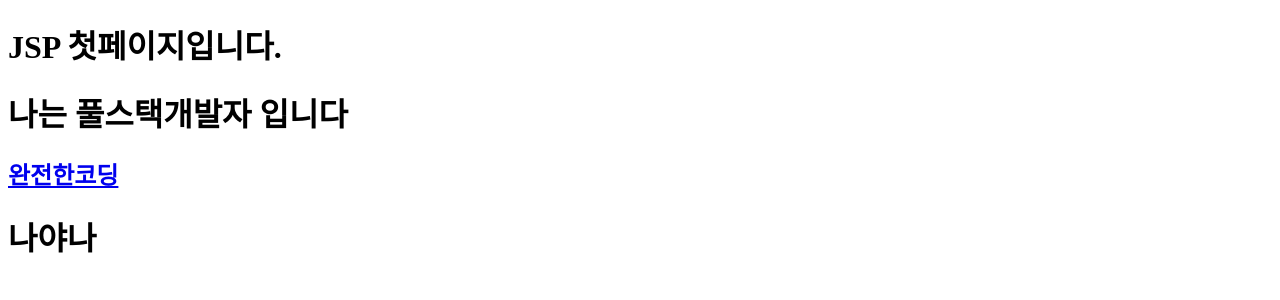
Repository: hosung0c0/jd22-jsp-pj
Page: http://localhost/app.jsp/
An editor plug-in stored every save of this project. The page is shown before and after the next save, followed by the edit.
The browser window is 1280 px wide. The pictures show the whole page.
The page is served by Tomcat 9.

Above is the page before, as saved 2022-11-09 06:14:02.

### app.jsp/WebContent/index.jsp
<%@ page language="java" contentType="text/html; charset=EUC-KR"
    pageEncoding="EUC-KR"%>
<!DOCTYPE html>
<html>
<head>
<meta charset="EUC-KR">
<title>JSP 첫페이지입니다.</title>

<%! // 느낌표가 있는 선언부
	// 함수를 만들 때는 여기에 만들어야한다
	// 느낌표가 없는 스크립트릿에 만들면 에러가 난다.
	public String myFn(){
		return "<h1>나야나</h1>";
}
%>
</head>
<body>
<h1>JSP 첫페이지입니다.</h1>

	<% // 스크립트릿 구역
		// 문자형 변수에 url로 전달되는 값을 받는다.
		// request.getParameter(파라미터변수)
		String user = request.getParameter("msg");
		// if문으로 전달값이 없는 경우 거르기
		if(user == null){
			user = "나는 풀스택개발자 입니다";
		}

	%>

	<!-- 스크립트 표현식 (츨력) -->
	<h1><%=user%></h1>
	<h2>
		<a href="index,jsp?msg='Perfect Coding'">완전한코딩</a>
	</h2>
	<div><%=myFn()%></div>

</body>
</html>

After the next save:
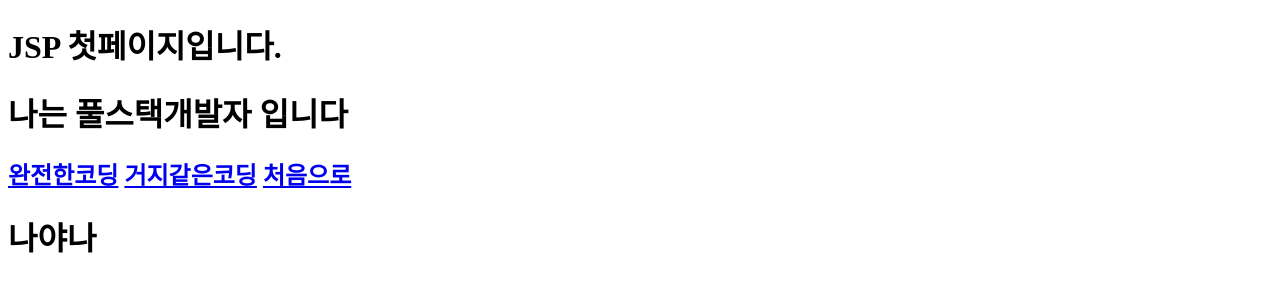
Saved 2 min 0 s later.
--- a/app.jsp/WebContent/index.jsp
+++ b/app.jsp/WebContent/index.jsp
@@ -32,6 +32,8 @@
 	<h1><%=user%></h1>
 	<h2>
 		<a href="index,jsp?msg='Perfect Coding'">완전한코딩</a>
+		<a href="index,jsp?msg='Poor Coding'">거지같은코딩</a>
+		<a href="index,jsp">처음으로</a>
 	</h2>
 	<div><%=myFn()%></div>
 
